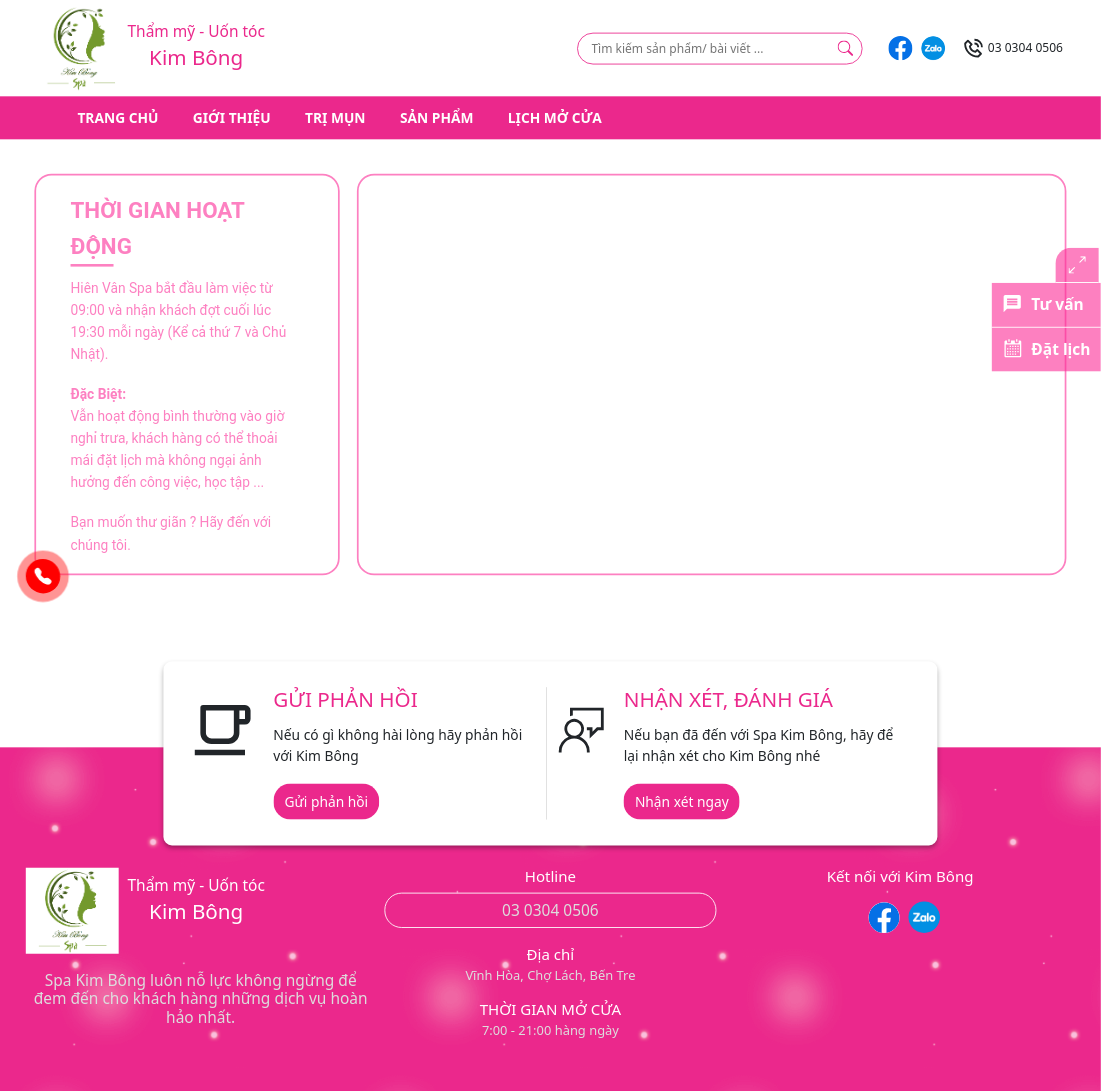
Repository: tranduykhuong/SpaKimBong
Page: /calendar
The author's editor kept a copy of each file at every save. The page is drawn from the files as they stood at one save, then again after the next save.
The browser window is 1280 px wide. The pictures show the whole page, at 86% of full size.
The project was rebuilt for these pictures with package versions that can differ from the ones it lists, and the page was loaded fresh each time. Also part of the build but not shown: src/components/Banner/banner.scss, src/components/Banner/Banner.js, src/pages/Home/home.scss, src/pages/Home/ListImage/listImage.scss, src/pages/Home/ListImage/ListImage.js, src/pages/Home/BookOnline/bookOnl.scss, src/pages/Home/BookOnline/Modal/ModalBook/modalbook.scss, src/pages/Home/BookOnline/Modal/ModalBook/modalbook.js and 24 more.

Above is the page before, as saved 2022-06-06 23:34:42.

### src/App.js
import "./App.scss";
import Header from "./components/Header/Header";
import Home from "./pages/Home/Home";
import "bootstrap/dist/css/bootstrap.min.css";
import { Route, Routes } from "react-router-dom";
import About from "./pages/About/About";
import Products from "./pages/Product/Products";
import ProductDetail from "./pages/Product/ProductDetail/ProductDetail";
import AcneTreatment from "./pages/AcneTreatment/AcneTreatment";
import ContactToolbox from "./components/ContactToolbox/ContactToolbox";
import BackToTop from "./components/BackToTop/BackToTop";
import PhoneTool from "./components/PhoneTool/PhoneTool";
import Calendar from "./pages/Calendar/Calendar";

function App() {
  return (
    <div className="App">
      <Header />
      <ContactToolbox />
      <BackToTop />
      <PhoneTool />
      <Routes>
        <Route path="/" element={<Home />} />
        <Route path="/about" element={<About />} />
        <Route path="/products" element={<Products />} />
        <Route path="/acne" element={<AcneTreatment />} />
        <Route path="/calendar" element={<Calendar />} />

        <Route path="/products/1" element={<ProductDetail />} />
      </Routes>
    </div>
  );
}

export default App;

### src/components/Header/Header.js
import React, { useEffect, useState } from "react";
import "./header.scss";
import { BsSearch, BsFacebook } from "react-icons/bs";
import { BiPhoneCall } from "react-icons/bi";
import { Link, useLocation } from "react-router-dom";

function Header() {
  const path = useLocation().pathname;
  const [fixedNavbar, setFixedNavbar] = useState(false);

  useEffect(() => {
    const handleScroll = () => {
      if (window.scrollY < 1) {
        setFixedNavbar(true);
      }

      if (window.scrollY > 170) setFixedNavbar(true);
      else setFixedNavbar(false);
    };

    window.addEventListener("scroll", handleScroll);

    return () => {
      window.removeEventListener("scroll", handleScroll);
    };
  }, []);

  useEffect(() => {
    window.scrollTo(0, 0);
  }, [path]);

  return (
    <div className="header">
      <div className={"infor " + (fixedNavbar ? "mg-navbar" : "")}>
        <div className="logo">
          <img src="../../img/logoSpa.png" alt="" />
          <div className="nameSpa">
            <h4>Thẩm mỹ - Uốn tóc</h4>
            <h2>Kim Bông</h2>
          </div>
        </div>

        <div className="search">
          <input type="text" placeholder="Tìm kiếm sản phẩm/ bài viết ..." />
          <a className="icon">
            <BsSearch className="iconSearch" />
          </a>
        </div>

        <div className="contact">
          <a href="/" className="icon">
            <BsFacebook className="iconFacebook" />
          </a>
          <a href="/" className="icon">
            <img src="../../img/Zalo.png" alt="" className="iconZalo" />
          </a>

          <div className="phone">
            <BiPhoneCall className="iconPhone" />
            <h3>03 0304 0506</h3>
          </div>
        </div>
      </div>
      <div className={"myNavbar " + (fixedNavbar ? "fixedNavbar" : "")}>
        <div className="navbarContent">
          <ul className="navbarList">
            <li className={path === "/" ? "active" : ""}>
              <Link to="/">TRANG CHỦ</Link>
            </li>
            <li className={path === "/about" ? "active" : ""}>
              <Link to="/about">GIỚI THIỆU</Link>
            </li>
            {/* <li className={path === "/skin" ? "active" : ""}>
              <Link to="/">CHĂM SÓC DA</Link>
            </li> */}
            <li className={path === "/acne" ? "active" : ""}>
              <Link to="/acne">TRỊ MỤN</Link>
            </li>
            <li className={path === "/products" ? "active" : ""}>
              <Link to="/products">SẢN PHẨM</Link>
            </li>
            <li className={path === "/open-time" ? "active" : ""}>
              <Link to="/calendar">LỊCH MỞ CỬA</Link>
            </li>
          </ul>
        </div>
      </div>
    </div>
  );
}

export default Header;

### src/components/ContactToolbox/ContactToolbox.js
import React, { useState } from "react";
import "./contactToolbox.scss";
import { MdMessage } from "react-icons/md";
import { GoCalendar } from "react-icons/go";
import { BsArrowsAngleExpand } from "react-icons/bs";

const ContactToolbox = () => {
  const [hidden, setHidden] = useState(false);

  return (
    <div className="contactFixed">
      <div className="toolboxScroll" onClick={() => setHidden((prev) => !prev)}>
        <BsArrowsAngleExpand className="iconArrow" />
      </div>
      <div className={"toolboxList " + (hidden ? "hidden" : "open")}>
        <div className="advise toolboxItem">
          <MdMessage className="iconMessage" />
          <p>Tư vấn</p>
        </div>
        <div className="book toolboxItem">
          <GoCalendar className="iconCalendar" />
          <p>Đặt lịch</p>
        </div>
      </div>
    </div>
  );
};

export default ContactToolbox;

### src/components/BackToTop/BackToTop.js
import React, { useEffect, useState } from "react";
import "./backToTop.scss";
import { FaRegArrowAltCircleUp } from "react-icons/fa";

const BackToTop = () => {
  const [clicked, setClick] = useState(true);
  const [hiddenArrow, setHiddenArrow] = useState(true);

  useEffect(() => {
    const handleScroll = () => {
      if (window.scrollY > 550) setHiddenArrow(false);
      else setHiddenArrow(true);
    };
    window.addEventListener("scroll", handleScroll);
    return () => {
      window.removeEventListener("scroll", handleScroll);
    };
  }, []);

  useEffect(() => {
    window.scrollTo(0, 0);
  }, [clicked]);

  return (
    <div
      className={"backToTop " + (hiddenArrow ? "" : "show")}
      onClick={() => setClick((prev) => !prev)}
    >
      <FaRegArrowAltCircleUp className="icon" />
    </div>
  );
};

export default BackToTop;

### src/components/PhoneTool/PhoneTool.js
import React from "react";
import "./phoneTool.scss";
import { BsFillTelephoneFill } from "react-icons/bs";

const PhoneTool = () => {
  return (
    <div className="phoneTool">
      <div className="phone">
        <BsFillTelephoneFill className="iconPhone" />
      </div>
      <div className="circle"></div>
    </div>
  );
};

export default PhoneTool;

### src/pages/Calendar/Calendar.js
import React from "react";
import "./calendar.scss";
import Footer from "./../../components/Footer/Footer";

const Calendar = () => {
  return (
    <div>
      <div className="container-calendar">
        <div className="container-bg-calendar">
          <div className="calendar">
            <div className="calendar-content">
              <h3>THỜI GIAN HOẠT ĐỘNG</h3>
              <p>
                Hiên Vân Spa bắt đầu làm việc từ 09:00 và nhận khách đợt cuối
                lúc 19:30 mỗi ngày (Kể cả thứ 7 và Chủ Nhật).
              </p>
              <strong id="special">Đặc Biệt:</strong>
              <p>
                Vẫn hoạt động bình thường vào giờ nghỉ trưa, khách hàng có thể
                thoải mái đặt lịch mà không ngại ảnh hưởng đến công việc, học
                tập ...
              </p>
              <p>Bạn muốn thư giãn ? Hãy đến với chúng tôi.</p>
            </div>

            <div className="calendar-boxs"></div>
          </div>
        </div>
      </div>

      <Footer />
    </div>
  );
};

export default Calendar;

### src/components/Header/header.scss
@import '../../SCSS/base/variables.scss';
$height-navbar: 5rem;

.header {
    .mg-navbar {
        margin-bottom: $height-navbar;
    }

    .infor {
        max-width: 1200px;
        padding: .6rem 0;
        display: flex;
        justify-content: space-between;
        margin: 0 auto;

        .logo {
            display: flex;
            flex: 1;

            img {
                height: 10rem;
            }

            .nameSpa {
                color: $main-color;
                margin: auto 0;

                h4 {
                    font-size: 1.8rem;
                    font-weight: 500;
                }

                h2 {
                    font-size: 2.4rem;
                }
            }
        }


        .search {
            margin: auto 0;
            border-radius: 50px;
            border: solid .1rem $main-color;
            height: 37px;
            display: flex;

            input {
                font-size: 1.4rem;
                margin: auto 16px;
                min-width: 26rem;
                border: none;
                outline: none;
            }

            .icon {
                margin: auto 10px;
                cursor: pointer;
            }

            .iconSearch {
                width: 1.8rem;
                height: 1.8rem;
                color: $main-color;

                &:hover {
                    color: #f867b2;
                }
            }
        }

        .contact {
            display: flex;
            margin-left: 20px;

            .icon {
                margin: auto 0;
                margin-left: 10px;

            }

            .iconFacebook {
                width: 2.8rem;
                height: 2.8rem;
                color: rgba($color: #0570e6, $alpha: 1.0);
            }

            .iconZalo {
                width: 2.8rem;
                height: 2.8rem;
                border-radius: 50%;
            }

            .phone {
                margin: auto 0;
                margin-left: 20px;
                display: flex;

                .iconPhone {
                    width: 2.6rem;
                    height: 2.6rem;
                }

                h3 {
                    font-size: 1.4rem;
                    font-weight: 500;
                    margin: auto 4px;
                }
            }

        }
    }

    .fixedNavbar {
        position: fixed;
        top: 0;
        left: 0;
        z-index: 50;
        width: 100%;
        animation: fixedNavbar 1s forwards;
    }

    @keyframes fixedNavbar {
        from {
            top: -5rem;
            opacity: 0;
        }

        to {
            top: 0;
            opacity: 1;
        }
    }

    .myNavbar {
        height: $height-navbar;
        background-color: $main-color;

        .navbarContent {
            max-width: 1200px;
            margin: 0 auto;

            .navbarList {
                display: flex;
                margin: 0 1rem;
                // justify-content: space-evenly;

                li {
                    list-style: none;

                    a {
                        line-height: $height-navbar;
                        height: $height-navbar;
                        display: block;
                        color: #fff;
                        font-size: 1.6rem;
                        font-weight: 600;
                        text-decoration: none;
                        padding: 0 2rem;
                    }

                    &:hover {
                        background-color: #f844a1;
                        cursor: pointer;
                    }
                }

                .active {
                    background-color: #dd0876;
                }
            }
        }
    }
}

### src/components/Footer/Footer.js
import React, { useEffect } from "react";
import "./footer.scss";
import { BsFacebook } from "react-icons/bs";
import { RiCupLine } from "react-icons/ri";
import { VscFeedback } from "react-icons/vsc";

const Footer = () => {
  return (
    <div className="footer">
      <div className="logo">
        <div className="info">
          <img src="../../img/logoSpa.png" alt="" />
          <div className="nameSpa">
            <h4>Thẩm mỹ - Uốn tóc</h4>
            <h2>Kim Bông</h2>
          </div>
        </div>

        <h5>
          Spa Kim Bông luôn nỗ lực không ngừng để đem đến cho khách hàng những
          dịch vụ hoàn hảo nhất.
        </h5>
      </div>

      <div className="address">
        <h3>Hotline</h3>
        <div className="hotline">03 0304 0506</div>
        <h3>Địa chỉ</h3>
        <h4>Vĩnh Hòa, Chợ Lách, Bến Tre</h4>
        <h3>THỜI GIAN MỞ CỬA</h3>
        <h4>7:00 - 21:00 hàng ngày</h4>
      </div>
      <div className="contact">
        <h3>Kết nối với Kim Bông</h3>
        <a href="/" className="icon">
          <BsFacebook className="iconFacebook" />
        </a>
        <a href="/" className="icon">
          <img src="../../img/Zalo.png" alt="" className="iconZalo" />
        </a>
      </div>

      <div className="subFooter">
        <div className="report">
          <RiCupLine className="icon" />
          <div>
            <h3>Gửi phản hồi</h3>
            <p>Nếu có gì không hài lòng hãy phản hồi với Kim Bông</p>
            <div className="btn">Gửi phản hồi</div>
          </div>
        </div>
        <div className="feedback">
          <VscFeedback className="icon" />
          <div>
            <h3>Nhận xét, Đánh giá</h3>
            <p>
              Nếu bạn đã đến với Spa Kim Bông, hãy để lại nhận xét cho Kim Bông
              nhé
            </p>
            <div className="btn">Nhận xét ngay</div>
          </div>
        </div>
      </div>
    </div>
  );
};

export default Footer;

### src/components/ContactToolbox/contactToolbox.scss
.contactFixed {
    position: fixed;
    top: 50%;
    transform: translateY(-50%);
    right: 0;
    z-index: 100;
    cursor: pointer;

    .toolboxScroll {
        border-top-left-radius: 1.8rem;
        background-color: rgba($color: #fc2c97, $alpha: 0.6);
        width: 5rem;
        padding: 1rem;
        color: #fff;
        transform: translateX(149%);
        border-bottom: 1px solid #fff;

        .iconArrow {
            width: 2rem;
            height: 2rem;
        }
    }

    .toolboxList {
        background-color: rgba($color: #fc2c97, $alpha: 0.6);


        .toolboxItem {
            display: flex;
            padding: 1.2rem;
            color: #fff;

            p {
                font-size: 1.8rem;
                margin: 0;
                padding-left: 1rem;
                font-weight: 600;
            }
        }

        .advise {
            border-bottom: 1px solid #fff;

            .iconMessage {
                width: 2.4rem;
                height: 2.4rem;
            }
        }

        .book {

            .iconCalendar {
                width: 2.4rem;
                height: 2.4rem;
            }
        }
    }

    .hidden {
        animation: toRight 0.8s linear forwards;
    }

    .open {
        animation: toLeft 0.8s linear backwards;
    }

    @keyframes toRight {
        to {
            transform: translateX(62%);
        }
    }

    @keyframes toLeft {
        from {
            transform: translateX(62%);

        }

        to {
            transform: translateX(0);
        }
    }
}

### src/components/BackToTop/backToTop.scss
.backToTop {
    position: fixed;
    bottom: 2rem;
    right: 2rem;
    z-index: 100;
    display: none;

    .icon {
        width: 4rem;
        height: 4rem;
        color: #fa72b8;
        cursor: pointer;
    }
}

.show {
    animation: FadeIn 0.8s forwards;
    display: block;

    @keyframes FadeIn {
        from {
            bottom: 0;
        }

        to {
            bottom: 2rem;
        }
    }
}

### src/components/PhoneTool/phoneTool.scss
.phoneTool {
    position: fixed;
    width: 6rem;
    height: 6rem;
    left: 1rem;
    border-radius: 50%;
    bottom: 3rem;
    z-index: 100;
    cursor: pointer;

    .phone {
        position: absolute;
        z-index: 5;
        top: 34%;
        left: 34%;
        background-color: red;
        padding: 1rem;
        border-radius: 50%;
        animation: phoneSkin 1s infinite ease-in-out;

        .iconPhone {
            height: 2rem;
            width: 2rem;
            color: #fff;

        }

        @keyframes phoneSkin {
            0% {
                transform: rotate(0) scale(1) skew(1deg);
            }

            10% {
                transform: rotate(-25deg) scale(1) skew(1deg);
            }

            20% {
                transform: rotate(25deg) scale(1) skew(1deg);
            }

            30% {
                transform: rotate(-25deg) scale(1) skew(1deg);
            }

            40% {
                transform: rotate(25deg) scale(1) skew(1deg);
            }

            50% {
                transform: rotate(0) scale(1) skew(1deg);
            }

            100% {
                transform: rotate(0) scale(1) skew(1deg);
            }
        }
    }

    .circle {
        position: absolute;
        width: 6rem;
        height: 6rem;
        border-radius: 50%;
        top: 16%;
        left: 16%;
        background-color: rgba($color: rgb(255, 42, 42), $alpha: 0.5);
        animation: zoom 1s infinite;

        @keyframes zoom {
            0% {
                transform: scale(0.9);
            }

            70% {
                transform: scale(1);
                box-shadow: 0 0 0 15px transparent;
            }

            100% {
                transform: scale(0.9);
                box-shadow: 0 0 0 0 transparent;
            }
        }
    }
}

### src/pages/Calendar/calendar.scss
.container-calendar {
  .container-bg-calendar {
    .calendar {
      display: flex;
      width: 100%;
      text-align: left;
      padding: 4rem;
      font-family: "Roboto", sans-serif;

      .calendar-content {
        width: 30%;
        border: solid 2px #fd80c1;
        // border-bottom-left-radius: 20px;
        // border-top-left-radius: 20px;
        // border-top-right-radius: 20px;
        border-radius: 20px;
        padding: 2rem 4rem 0;
        margin-right: 20px;
        h3 {
          margin: 0 0 13px;
          color: #fd80c1;
          font-size: 26px;
          font-weight: bold;
          line-height: 1.6;
        }

        h3:after {
          content: "";
          display: block;
          width: 5rem;
          height: 0.25rem;
          background: #fd80c1;
        }

        #special {
          color: #fd80c1;
          font-size: 16px;
          line-height: 1.6;
          margin-bottom: 0;
        }

        p {
          margin: 0 0 21px;
          color: #fd80c1;
          font-size: 16px;
          line-height: 1.6;
        }
      }

      .calendar-boxs {
        width: 70%;
        border: solid 2px #fd80c1;
        border-radius: 20px;
        padding: 2rem 4rem 0;

      }
    }
  }
}

### src/SCSS/base/variables.scss
$main-color: #eb288c;
$text-color: #444;
$title-color: #fff;

### src/components/Footer/footer.scss
@import '../../SCSS/base/variables.scss';

.footer {
    background-image: url(../../../public/img/sparkle1.png), url(../../../public/img/sparkle2.png);
    width: 100%;
    height: 400px;
    background-color: $main-color;
    animation: sparkle 60s linear infinite;
    padding: 14rem 3rem 0;
    display: flex;
    justify-content: space-around;
    position: relative;
    margin-top: 16rem;

    .logo {
        flex: 1;

        .info {
            display: flex;

            img {
                height: 10rem;
            }

            .nameSpa {
                color: $title-color;
                margin: 1rem;

                h4 {
                    font-size: 1.8rem;
                    font-weight: 500;
                }

                h2 {
                    font-size: 2.4rem;
                }
            }
        }

        h5 {
            margin: 2rem .6rem;
            font-size: 1.8rem;
            font-weight: 400;
            color: #ddd;
        }
    }

    .contact {
        flex: 1;
        text-align: center;

        h3 {
            margin-bottom: 1.8rem;
            color: $title-color;
        }

        .icon {
            margin: auto 0;
            margin-left: 10px;

        }

        .iconFacebook {
            width: 3.6rem;
            height: 3.6rem;
            color: rgba($color: #0570e6, $alpha: 1.0);
            background-color: $title-color;
            border-radius: 50%;
        }

        .iconZalo {
            width: 3.7rem;
            height: 3.7rem;
            border-radius: 50%;
        }
    }

    .address {
        color: #ddd;
        flex: 1;
        text-align: center;

        h3 {
            // margin-bottom: 2rem;
            color: $title-color;
        }

        h4 {
            margin-bottom: 2rem;
        }

        .hotline {
            padding: .6rem;
            font-size: 1.8rem;
            margin: .8rem 1rem 2rem;
            border: 1px solid $title-color;
            border-radius: 2rem;

            &:hover {
                color: $title-color;
                cursor: pointer;
            }
        }
    }

    @keyframes sparkle {
        0% {
            background-position: 0px 0px, 0px 0px, 0px 0px;
        }

        100% {
            background-position: -500px -1000px, -400px -400px, 300px 300px;
        }
    }

    .subFooter {
        width: 100%;
        max-width: 90rem;
        min-height: 20rem;
        box-shadow: 0 3px 6px -4px rgba(0, 0, 0, 0.2), 0 3px 6px rgba(0, 0, 0, 0.3);

        background-color: #fff;
        border-radius: 1rem;
        z-index: 50;
        top: -10rem;
        left: 50%;
        transform: translateX(-50%);
        position: absolute;
        display: flex;
        padding: 3rem;
        justify-content: space-around;

        .report,
        .feedback {
            display: flex;
            flex: 1;
            justify-content: center;
            text-align: left;

            h3 {
                text-transform: uppercase;
                font-size: 2.4rem;
                color: $main-color;
            }

            p {
                font-size: 1.6rem;
                padding: 1rem 1.4rem 1rem 0;
            }

            .icon {
                height: 10rem;
                width: 10rem;
                margin-right: 2rem;
            }

            .btn {
                padding: 0.8rem 1.2rem;
                background-color: $main-color;
                border-radius: 2rem;
                font-size: 1.6rem;
                color: #fff;

                &:hover {
                    background-color: #cc1574;
                }
            }
        }

        .report {
            border-right: 1px solid #ddd;
        }

        .feedback {
            margin-left: 1rem;
        }
    }
}

Loaded but not shown: public/index.html (common file); src/index.js (common file); src/index.css (common file); src/reportWebVitals.js (common file); src/App.scss (common file)

After the next save:
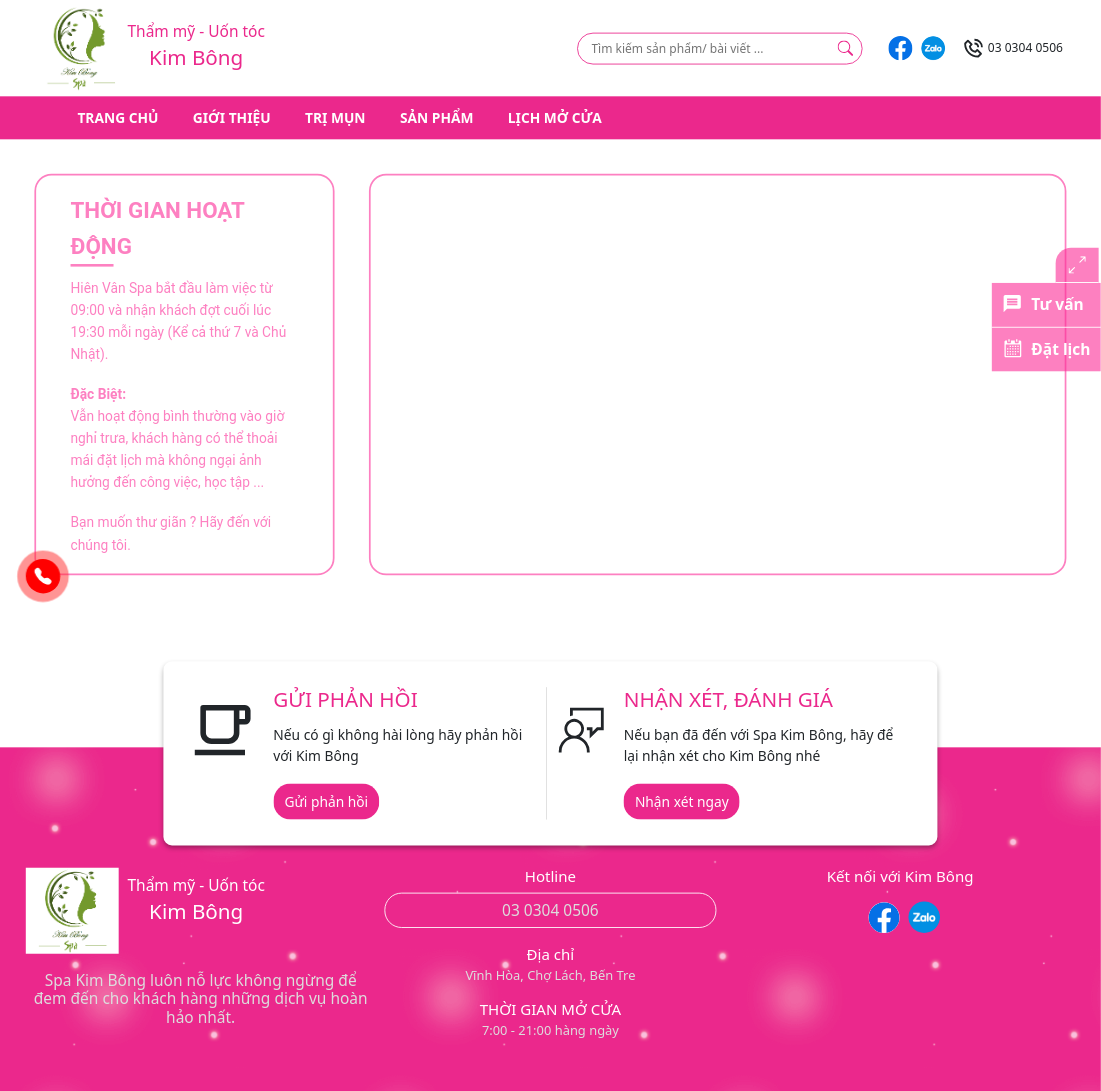
Saved 16 s later.
--- a/src/pages/Calendar/calendar.scss
+++ b/src/pages/Calendar/calendar.scss
@@ -15,7 +15,7 @@
         // border-top-right-radius: 20px;
         border-radius: 20px;
         padding: 2rem 4rem 0;
-        margin-right: 20px;
+        margin-right: 4rem;
         h3 {
           margin: 0 0 13px;
           color: #fd80c1;
